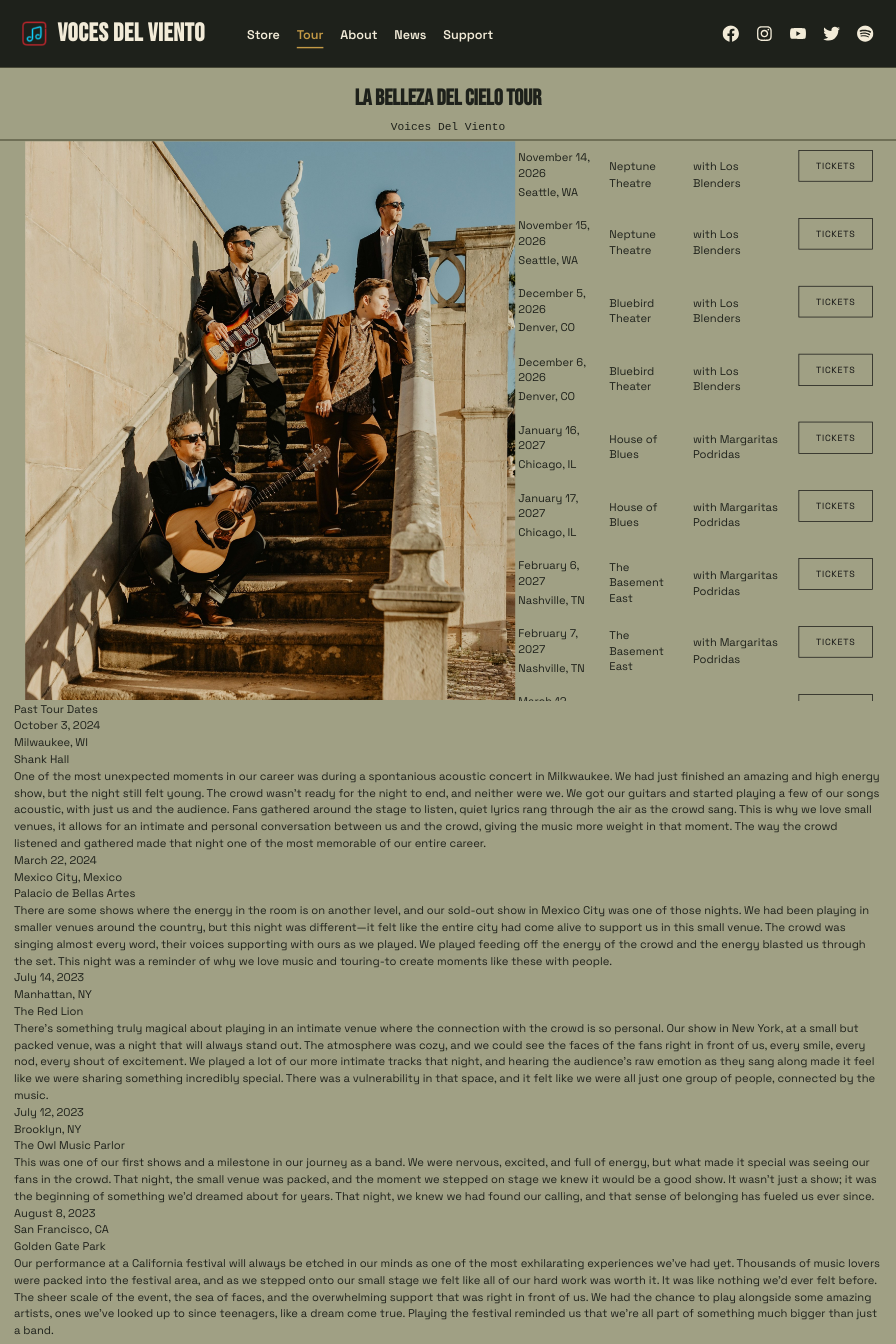
Repository: lime929/voices-del-viento
Page: /tour
An editor plug-in stored every save of this project. The page is shown before and after the next save, followed by the edit.
The browser window is 1280 px wide. The pictures show the part of the page from y = 0 to 1920 px (the page is 10001 px tall), at 70% of full size.
An inner scrolling area shows only its first screen. The project was rebuilt for these pictures with package versions that can differ from the ones it lists, and the page was loaded fresh each time. The framework's server and built-in components were replaced by stand-ins that run in the browser. Also part of the build but not shown: next.config.mjs.

Above is the page before, as saved 2026-09-14 14:54:45.

After the next save:
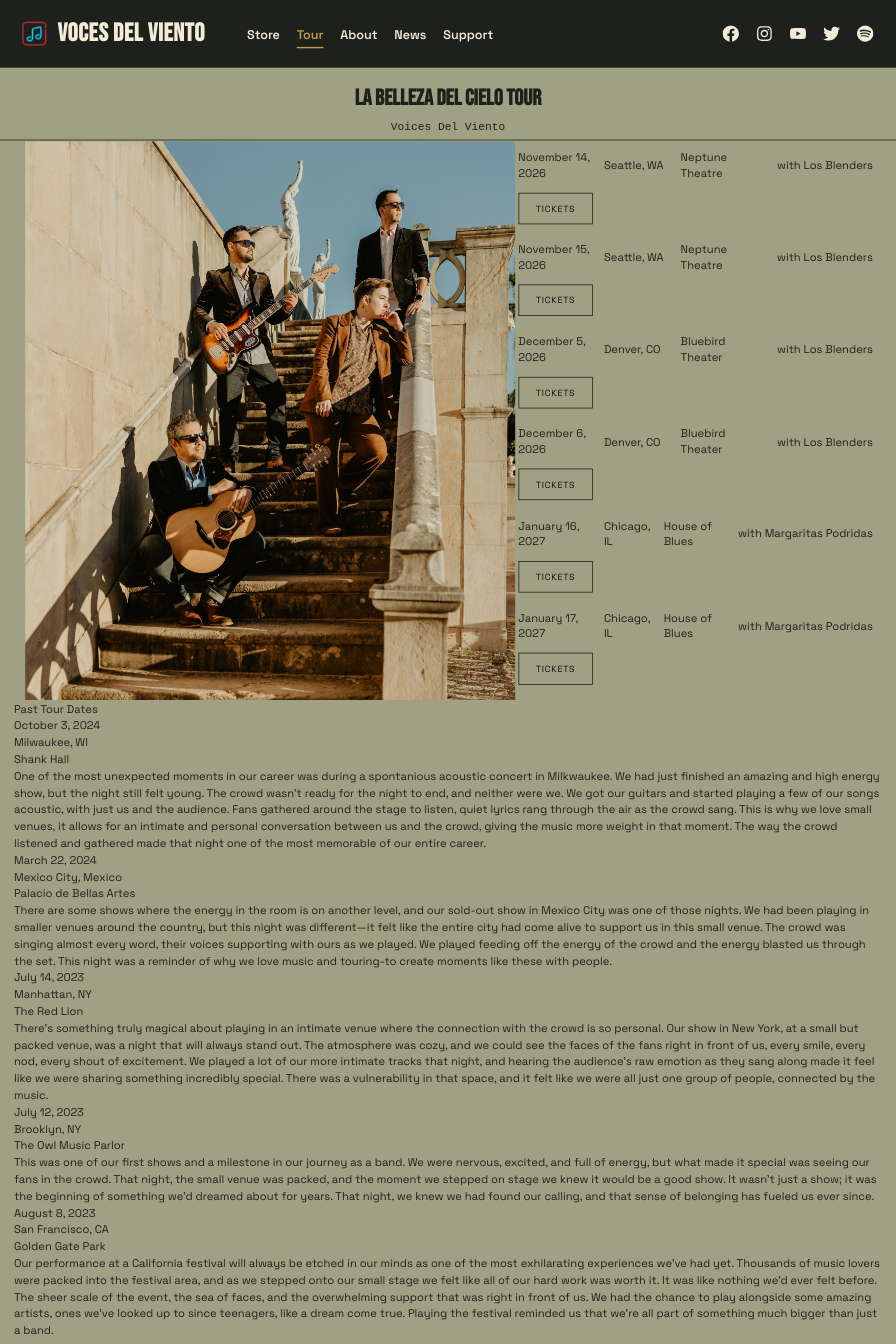
Saved 24 s later.
--- a/app/tour/page.module.css
+++ b/app/tour/page.module.css
@@ -62,33 +62,13 @@
   grid-template-columns: 1.1fr 1fr 1.3fr auto;
   grid-template-rows: auto auto;
   align-items: center;
-  gap: 0.25rem 1rem;
+  gap: 1rem;
   padding: 0.8rem 0.3rem;
   /* border-top: 1px solid rgba(0, 0, 0, 0.35); */
 }
 .tourEntry:hover {
   background-color: rgba(0, 0, 0, 0.05);
   transition: background-color 0.2s ease;
-}
-
-.tourDateCell {
-  grid-column: 1;
-  grid-row: 1;
-}
-
-.tourLocationCell {
-  grid-column: 1;
-  grid-row: 2;
-}
-
-.tourVenueCell {
-  grid-column: 2;
-  grid-row: 1 / span 2;
-}
-
-.tourGuestCell {
-  grid-column: 3;
-  grid-row: 1 / span 2;
 }
 
 .tourDateCell,
